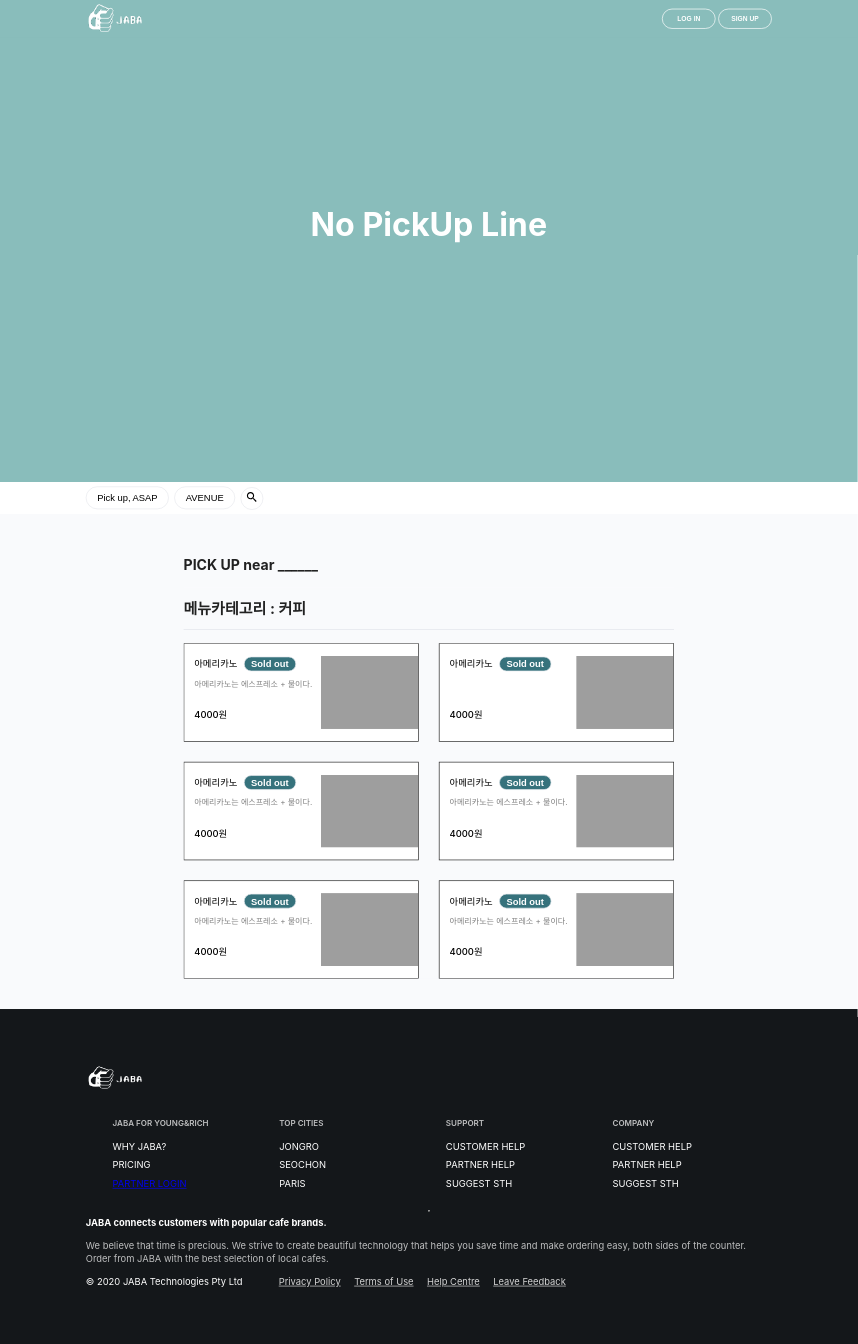
Repository: kitschiest/jaba
Page: http://localhost/JABA/menu.jsp
The author's editor kept a copy of each file at every save. The page is drawn from the files as they stood at one save, then again after the next save.
The browser window is 1280 px wide. The pictures show the whole page, at 67% of full size.
Pictures or frames that could not be fetched are drawn as grey boxes. The page is served by Tomcat 9. Other server files are loaded and not shown.

Above is the page before, as saved 2020-11-13 03:47:24.
Console error: TypeError: $(...).dbclick is not a function

### JABA/WebContent/menu.jsp
<%@ page language="java" contentType="text/html; charset=UTF-8"
    pageEncoding="UTF-8"%>
<!DOCTYPE html>
<html>
<head>
<meta charset="UTF-8">
<title>explore</title>
<script src='https://code.jquery.com/jquery-3.4.0.js'></script>
<!-- HEADER CSS -->
<link href="./css/header.css" rel="stylesheet">
<!-- SECTION CSS -->
<link href="./css/section.css" rel="stylesheet">
<!-- FOOTER CSS -->
<link href="./css/footer.css" rel="stylesheet">
<script>
$(function(){
   $(window).scroll(function(){
   var navbar = $(this).scrollTop();
   console.log(navbar);
   var $header = $('header');
   if(navbar > 0){
       $header.addClass('activated');
   }else{
       $header.removeClass('activated');
   }
   $(".search-term").click(function(){
	   $("#hidden_term").attr("style", "visibility:visible")
   })
   $(".search-term").dbclick(function(){
	   $("#hidden_term").attr("style", "visibility:hidden")
   })

 })
})
</script>
<style>
body {
	margin: 0;
	width: 100%;
	height: 100%;
	line-height: 1.43;
	    color: rgba(0, 0, 0, 0.87);
    margin: 0;
    font-size: 0.875rem;
    font-family: Inter,sans-serif;
    font-weight: 400;
    line-height: 1.43;
}
div {
	display: block;
}
input {
	border: none;
}

</style>
<!-- MAIN -->
<style>
main {
	width: 100%;
	max-width: 100vw;
}
section {
    padding: 45px 0;
    display: flex;
    justify-content: center;
    align-items: center;
    position: relative;
    background: #f9fafc;
    z-index: 0;
}
</style>
<!-- SECTION 2 -->
<style type="text/css">
.mini{
	padding: 3px 0;
	background-color: white;
	position: -webkit-sticky;
	position: sticky;
	top: 55px;
	z-index: 999;
}
.mini .container{
	width:80%;
}
.mini_row{
	display: flex;
	flex-direction: row;
	padding: 3px 0;

}

.mini_row button{
	border: 1px solid rgba(132,146,166,.2)!important;
	color: black;
	margin: 0 8px 0 0;
	font-weight: normal;

}
.search-term {
  display: inline-flex;
  align-items: center;
  text-align: center;
  flex-direction: row;
  position: relative
}
.search-term button{
	width: 34px;
	--verticalPadding: 0;
	--horizontalPadding: 0;
	height: 34px;

}
.search-term svg{
	width: 20px;
	height: 20px;
	padding: 0 auto;
}

.search-term {
	border-radius: 50px;
}

#hidden_term{
	visibility : hidden;
}


</style>

<!-- SECTION 3 -->
<style>
#sth{
	width: 100%;

}
section#store-list {
    padding-top: 65px;
}
</style>
<style>
        #menu_info {
            display: flex;
            justify-content: center;
            width: 100%;
            max-width: 100vw;
            /*
        background-color: rgba(219, 242, 255, 0.952);
        */

        }

        #container_menu_info {
            background-color: rgb(249, 250, 252);
        }

        .category h2 {
            border-bottom: 1px solid rgb(225, 229, 235);
            padding: 15px 0;
            font-size: 1.4rem;
            font-weight: 700;
            margin: 0;
        }

        .category_products {
            display: grid;
            grid-column-gap: 30px;
            grid-row-gap: 30px;
            grid-template-rows: auto;
            grid-template-columns: repeat(2, 1fr);
            min-height: 0;
            /* NEW */
            min-width: 0;
            /* NEW; needed for Firefox */
            margin: 20px 0px 0px;
            /* 창줄였을때 안삐져나가게 */
            overflow: hidden;
        }


        .product_card {
            position: relative;
            display: flex;
            border: 1px solid;
            flex-direction: row;
            justify-content: space-between;
            overflow: hidden;
            background-color: white;
            max-height: 145px;
            min-width: 345px;
            /* 반응형 추가필요 */
        }

        .product_card_detail {
            padding: 15px 25px 15px 15px;
            max-height: 145px;
            max-width: calc(100% - 145px);
            flex-direction: column;
            justify-content: space-between;
            display: inline-flex;
            /* 반응형 추가필요*/
        }

        .product_name {
            margin-bottom: 2px;
            min-width: 160px;
            display: flex;
            overflow: hidden;
        }

        .product_name .sold_out_btn{
            background-color: #36727C;
            border: 1px solid rgb(230, 233, 237);
            color: white;
            padding: 2px 10px 2px;
            text-align: center;
            text-decoration: none;
            display: inline-block;
            margin: 4px 2px;
            cursor: pointer;
            border-radius: 30px;
            outline: 0; /* 테두리 클릭시 없애기 */
        }

        .product_name .sold_out_btn:hover{
            background-color:rgb(235, 235, 235);
            border: 1px solid rgb(214, 217, 221);
            color:black;
        }

        .product_name > p {
            margin: 0;
            font-size: 0.875rem;
            font-weight: 500;
            /* 반응형 추가필요
            */
        }

        .product_desc {
            color: grey;
            font-size: 0.75rem;
            line-height: 1.05rem;
            max-height: 2.1rem;
            margin-bottom: 8px;
            overflow: hidden;
            position: relative;
            margin-right: -1em;
            /* 반응형 추가필요 */

        }

        .product_price {
            font-size: 0.875rem;
            font-weight: 500;
            display: flex;
            align-items: center;
            color: #36727C;
        }

        .product_card_image {
            /* 기본 백그라운드에 대한 처리 모바일 120*/
            height: 145px;
            width: 145px;
            min-width: 145px;
            min-height: 145px;

        }


        .product_card_image img {
            width: 145px;
            height: 145px;
            object-fit: contain;
            object-position: center;
            /* 트랜지션 처리*/
        }
    </style>



</head>
<body>
<!-- HEADER -->
	<header>
		<div class="header_container">
			<div class="logo">
				<img src="./images/jaba_english_white.png">
			</div>
			<div class="menu">
				<button class="menu_btn" value="LOG IN">
				<span>LOG IN</span>
				</button>
				<button class="menu_btn" value="SIGN UP">
				<span>SIGN UP</span>
				</button>
			</div>
		</div>

	</header>
<!-- SECTION -->
	<section id="home">
		<div class="container">
			<h1>
				No PickUp Line<br> <br>
			</h1>

		</div>

	</section>
<!-- SECTION 2 -->
	<section id="search" class="mini">
		<div class="container">
			<div class="mini_row">
				<div class="time">
					<button>Pick up, ASAP</button>
				</div>
				<div class="search_loc">
					<button>AVENUE</button>
				</div>
				<div class="search-term">
				<button class="MuiButtonBase-root MuiIconButton-root search-term__icon  MuiIconButton-sizeSmall jss263" tabindex="0" type="button">
				<span class="MuiIconButton-label">
				<svg class="MuiSvgIcon-root" focusable="false" viewBox="0 0 24 24" aria-hidden="true" role="presentation">
				<path d="M15.5 14h-.79l-.28-.27C15.41 12.59 16 11.11 16 9.5 16 5.91 13.09 3 9.5 3S3 5.91 3 9.5 5.91 16 9.5 16c1.61 0 3.09-.59 4.23-1.57l.27.28v.79l5 4.99L20.49 19l-4.99-5zm-6 0C7.01 14 5 11.99 5 9.5S7.01 5 9.5 5 14 7.01 14 9.5 11.99 14 9.5 14z">
				</path>
				</svg>
				</span>
				<div class="MuiTouchRipple-root">
				</div>
				</button>
				</div>
				<div id="hidden_term">
				<button class="hidden_term_all">
					<div id="hidden_input">
						<input type="text" placeholder="Acai or Latte">
					</div>
				</button>
				<button class="hidden_term_close">
					<div id="hidden_close">
						&times;
					</div>
				</button>
				</div>
			</div>
		</div>
	</section>
<!-- SECTION 3 -->
	<section id="sth">
		<div id="store_list">
			<div class="container">
				<div class="row-head">
					<h2>PICK UP near ______</h2>
				</div>
				<div class="container" id="container_menu_info">
            <div class="category">
                <div class="category_name">
                    <h2> 메뉴카테고리 : 커피</h2>
                </div>
                <div class="category_products">
                    <div class="product_card">
                        <div class="product_card_detail">
                            <div class="product_name">
                                <p>아메리카노&nbsp;&nbsp;<button class="sold_out_btn">Sold out</button></p>
                            </div>
                            <div class="product_desc">
                                아메리카노는 에스프레소 + 물이다.
                            </div>
                            <div class="product_price">
                                <p>4000원</p>
                            </div>
                        </div>
                        <div class="product_card_image">
                            <img src="https://cdn.boppl.me/products/specialty_affogato_0.jpg" alt="Affogato">
                        </div>
                    </div>
                    <div class="product_card">
                        <div class="product_card_detail">
                            <div class="product_name">
                                <p>아메리카노&nbsp;&nbsp;<button class="sold_out_btn">Sold out</button></p>
                            </div>
                            <div class="product_desc">

                            </div>
                            <div class="product_price">
                                <p>4000원</p>
                            </div>
                        </div>
                        <div class="product_card_image">
                            <img src="https://cdn.boppl.me/products/specialty_affogato_0.jpg" alt="Affogato">
                        </div>
                    </div>
                    <div class="product_card">
                        <div class="product_card_detail">
                            <div class="product_name">
                                <p>아메리카노&nbsp;&nbsp;<button class="sold_out_btn">Sold out</button></p>
                            </div>
                            <div class="product_desc">
                                아메리카노는 에스프레소 + 물이다.
                            </div>
                            <div class="product_price">
                                <p>4000원</p>
                            </div>
                        </div>
                        <div class="product_card_image">
                            <img src="https://cdn.boppl.me/products/specialty_affogato_0.jpg" alt="Affogato">
                        </div>
                    </div>
                    <div class="product_card">
                        <div class="product_card_detail">
                            <div class="product_name">
                                <p>아메리카노&nbsp;&nbsp;<button class="sold_out_btn">Sold out</button></p>
                            </div>
                            <div class="product_desc">
                                아메리카노는 에스프레소 + 물이다.
                            </div>
                            <div class="product_price">
                                <p>4000원</p>
                            </div>
                        </div>
                        <div class="product_card_image">
                            <img src="https://cdn.boppl.me/products/specialty_affogato_0.jpg" alt="Affogato">
                        </div>
                    </div>
                    <div class="product_card">
                        <div class="product_card_detail">
                            <div class="product_name">
                                <p>아메리카노&nbsp;&nbsp;<button class="sold_out_btn">Sold out</button></p>
                            </div>
                            <div class="product_desc">
                                아메리카노는 에스프레소 + 물이다.
                            </div>
                            <div class="product_price">
                                <p>4000원</p>
                            </div>
                        </div>
                        <div class="product_card_image">
                            <img src="https://cdn.boppl.me/products/specialty_affogato_0.jpg" alt="Affogato">
                        </div>
                    </div>
                    <div class="product_card">
                        <div class="product_card_detail">
                            <div class="product_name">
                                <p>아메리카노&nbsp;&nbsp;<button class="sold_out_btn">Sold out</button></p>
                            </div>
                            <div class="product_desc">
                                아메리카노는 에스프레소 + 물이다.
                            </div>
                            <div class="product_price">
                                <p>4000원</p>
                            </div>
                        </div>
                        <div class="product_card_image">
                            <img src="https://cdn.boppl.me/products/specialty_affogato_0.jpg" alt="Affogato">
                        </div>
                    </div>



                    </div>

                    <!--category 끝 -->




            </div>
        </div>
			</div>
		</div>
	</section>



		<!-- FOOTER -->
	<footer>
	<div class="container">
		<div class="row">
	        <div class="footer_logo">
	            <img src="images/jaba_english_white.png">
	        </div>
	        <div class="footer_links">
		        <ul>
		            <li class="links_head">JABA for YOUNG&RICH</li>
		            <li>WHY JABA?</li>
		            <li>PRICING</li>
		            <li><a href='#'>PARTNER LOGIN</a></li>
		        </ul>
		        <ul>
		            <li class="links_head">TOP CITIES</li>
		            <li>JONGRO</li>
		            <li>SEOCHON</li>
		            <li>PARIS</li>
		        </ul>
		        <ul>
		            <li class="links_head">SUPPORT</li>
		            <li>CUSTOMER HELP</li>
		            <li>PARTNER HELP</li>
		            <li>SUGGEST STH</li>
		        </ul>
		        <ul>
		            <li class="links_head">COMPANY</li>
		            <li>CUSTOMER HELP</li>
		            <li>PARTNER HELP</li>
		            <li>SUGGEST STH</li>
		        </ul>
	     </div>
    </div>
    <hr>
        <div class="row">
        <div class="footer__disclaimer">
        <strong>JABA connects customers with popular cafe brands.</strong>
        <p>
        We believe that time is precious. We strive to create beautiful technology that helps you save time and make ordering easy, both sides of the counter. Order from JABA with the best selection of local cafes.
        </p>
        <div class="legal">
        	<div>
        		<div class="legal__copyright">© 2020 JABA Technologies Pty Ltd</div>
        		<ul class="legal__links">
	        		<li><a class="MuiTypography-root MuiLink-root MuiLink-underlineNone MuiTypography-colorPrimary" href="/legal/privacy-policy">Privacy Policy</a></li>
	        		<li><a class="MuiTypography-root MuiLink-root MuiLink-underlineNone MuiTypography-colorPrimary" href="/legal/terms-and-conditions">Terms of Use</a></li>
	        		<li><a class="MuiTypography-root MuiLink-root MuiLink-underlineNone MuiTypography-colorPrimary" href="https://help.bopple.com/" target="_blank" rel="noopener noreferrer">Help Centre</a></li>
	        		<li><a class="MuiTypography-root MuiLink-root MuiLink-underlineNone MuiTypography-colorPrimary" href="https://customer-contact-help.bopple.com" target="_blank" rel="noopener noreferrer">Leave Feedback</a></li>
        		</ul>
        		</div>
        	</div>
        </div>

        </div>
	</div>

	</footer>


</body>
</html>

### JABA/WebContent/css/header.css
header {
	display: flex;
	top: 0;
	left: 0;
	justify-content: center;
	height: 55px;
	position: fixed;
	width: 100%;
	max-width: 100vw;
	z-index: 1299;
	background-color: #89BDBB;
	box-shadow: none;
	border-bottom: 1px solid transparent;
}
header.activated{
  background-color:#36727C;
  -webkit-box-shadow: 0 0 5px rgba(0, 0, 0, 0);
  -moz-box-shadow: 0 0 5px rgba(0, 0, 0, 0);
  box-shadow: 0 0 5px rgba(0, 0, 0, 0);

}
.header_container {
	width: 80%;
	display: flex;
	align-items: center;
	justify-content: space-between;
	max-width: 1024px;
	transition: .2s ease-in-out;

}


.logo {
	padding: 2px 0;
	display: flex;
}
.menu {
	display: inline-block;
	justify-content: flex-end;
	color: white;
}
.menu_btn{
	width: 80px;
	height: 30px;
	font-size: 10px;
	border-radius: 28px;
}
#logoutBtn {
	width: 80px;
	height: 30px;
	font-size: 10px;
	border-radius: 28px;
}

#cart-selector {
	width: 80px;
	height: 30px;
	font-size: 10px;
	border-radius: 28px;
}

### JABA/WebContent/css/footer.css
footer {
	width: 100%;
	height: 500px;
	background-color: #14171a;
	padding: 65 0;
	color: white;
	display: flex;
	justify-content: center; /*flex랑 함께 전체 가운데로 정렬*/
	align-items: center; /*#홈 검색 가운데 정렬*/
	position: relative;
	z-index: 0;
}

footer .container {
	width: 80%;
	display: flex;
	align-items: center;
	justify-content: space-between;
	max-width: 1024px;
	transition: .2s ease-in-out;
	flex-wrap: wrap;
}
.row {
	width: 100%;
	display: flex;
	align-items; center;
	justify-content: space-between;
	max-width: 1024px;
	transition: .2s ease-in-out;
	flex-wrap: wrap;
}
.footer_logo{
	width: 100%;
	display:inline-flex;
	margin-bottom: 25px;
	align-item: flex-start;
}

.footer_logo img{
	width: 90px;
	height: 40px;
}
.footer_links{
	width: 100%;
}

.footer_links .links_head{
	font-weight: 600;
    text-transform: uppercase;
    font-size: .75rem;
    color: hsla(0,0%,100%,.72);
    margin-bottom: 16px;
}
.footer_links ul{
	width: 20%;
	display: inline-block;
	list-style: none;
}

.footer_links ul li {
	margin-bottom: 8px;
    font-size: .875rem;
    font-weight: 400;
}

footer p {
	color: hsla(0,0%,100%,.72);
}

footer .legal__copyright{
	display: inline-flex;
    margin: 0;
}

footer .legal__links{
	display: inline-flex;
    margin: 0;
}

footer .legal__links li{
	margin: 0 10px;
	list-style: none;
}

footer .legal__links li a {
	color: lightgrey;

}

Loaded but not shown: JABA/WebContent/css/section.css (208 lines, source omitted)

After the next save:
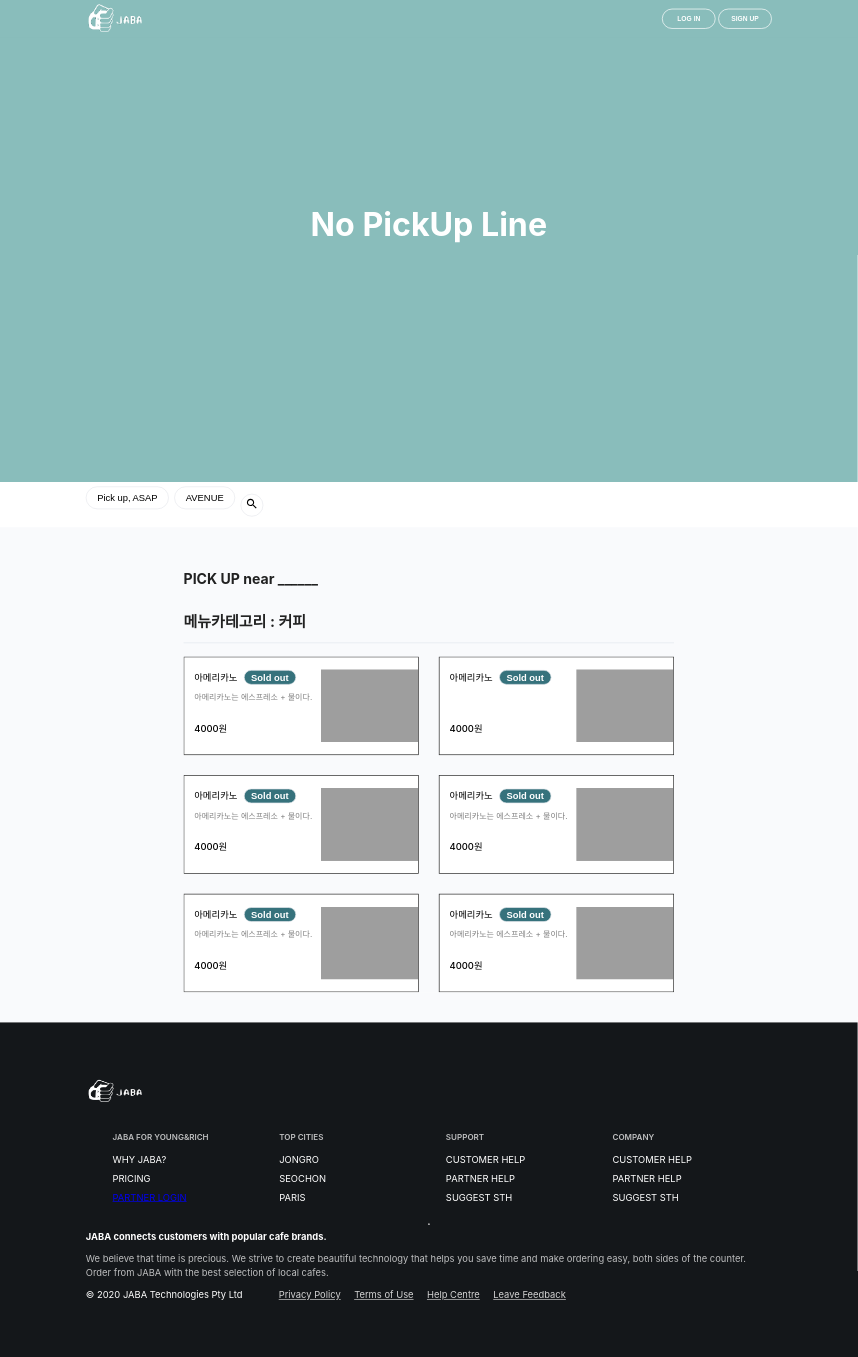
Saved 19 s later.
--- a/JABA/WebContent/menu.jsp
+++ b/JABA/WebContent/menu.jsp
@@ -335,11 +335,11 @@
 						<input type="text" placeholder="Acai or Latte">
 					</div>
 				</button>
-				<button class="hidden_term_close">
+
 					<div id="hidden_close">
 						&times;
 					</div>
-				</button>
+
 				</div>
 			</div>
 		</div>

After the save that followed:
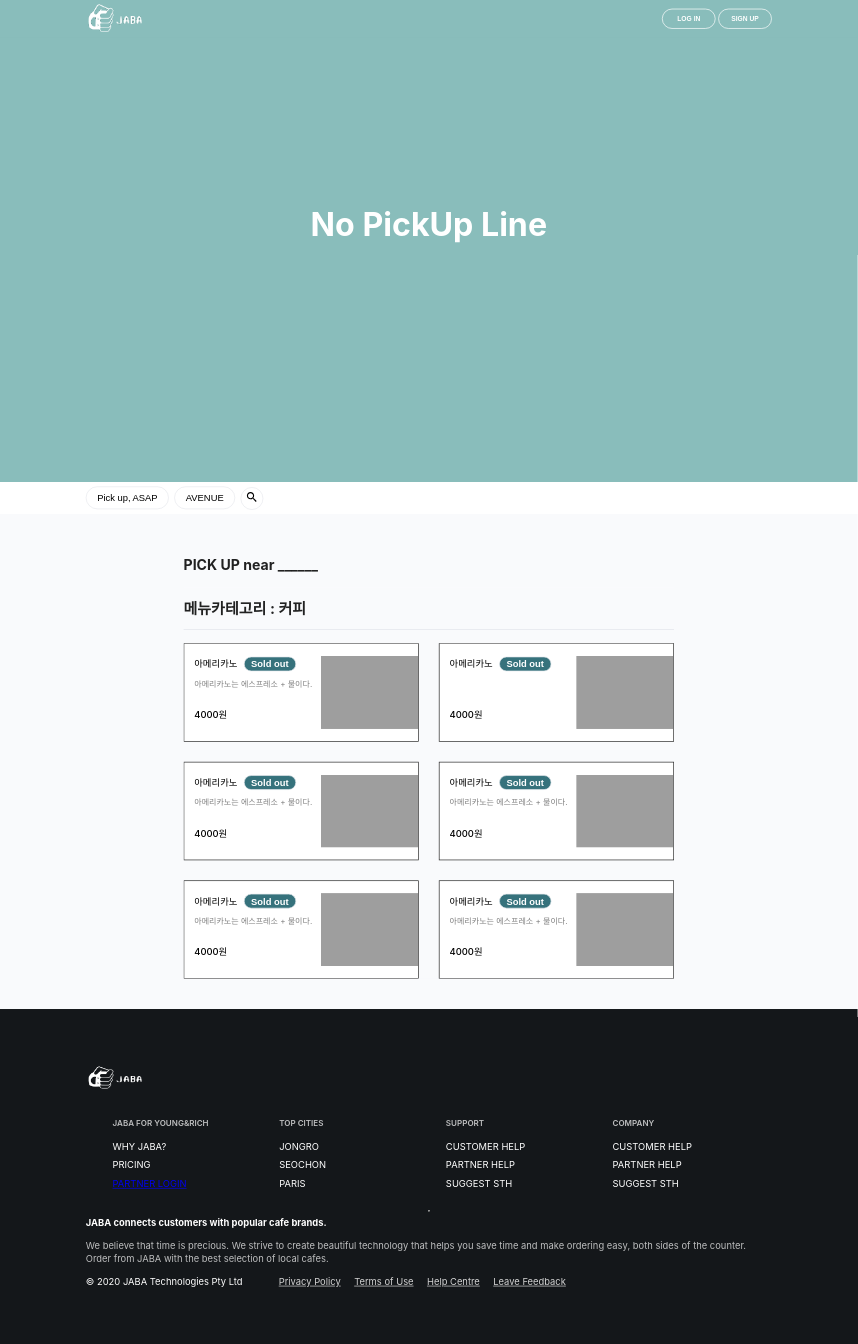
Saved 8 s later.
--- a/JABA/WebContent/menu.jsp
+++ b/JABA/WebContent/menu.jsp
@@ -335,11 +335,11 @@
 						<input type="text" placeholder="Acai or Latte">
 					</div>
 				</button>
-
+				<button class="hidden_term_close">
 					<div id="hidden_close">
-						&times;
+						&times.
 					</div>
-
+				</button>
 				</div>
 			</div>
 		</div>
